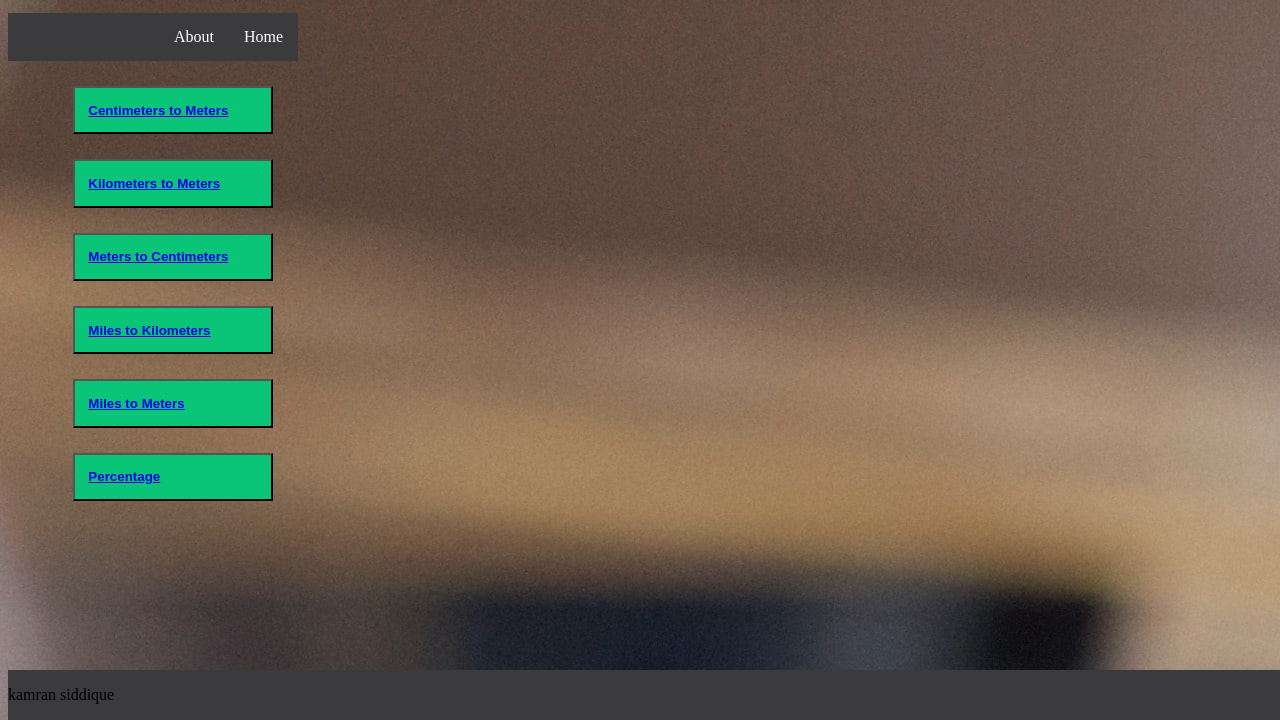
Repository: Kamrangujjar85112/Length-Converter
Page: html/home.html
An editor plug-in stored every save of this project. The page is shown before and after the next save, followed by the edit.
The browser window is 1280 px wide. The pictures show the whole page.

Above is the page before, as saved 2022-01-21 03:41:52.

### html/home.html
<!-- home -->
<!DOCTYPE html>
<html lang="en">
<head>
    <meta charset="UTF-8">
    <meta http-equiv="X-UA-Compatible" content="IE=edge">
    <meta name="viewport" content="width=device-width, initial-scale=1.0">
    <title>Home</title>
    <link rel="stylesheet" href="../css/style.css">

</head>
<body>
   <div class="header">
        <nav>
            <ul class="nav-ul">
                <li class="nav-li"><a href="#home">Home</a></li>
                <li class="nav-li"><a href="#about">About</a></li>
            </ul>
        </nav>
   </div>
   <div class="container ">
        <ul>
            <li class="link">
                <button><a href="cm_km.html">Centimeters to Meters</a></button>
            </li>
            <li class="link">
                <button><a href="km_m.html">Kilometers to Meters</a></button>
            </li>
            <li class="link">
                <button><a href="m_cm.html">Meters to Centimeters</a></button>
            </li>
            <li class="link">
                <button><a href="mi_km.html">Miles to Kilometers</a></button>
            </li>
            <li class="link">
                <button><a href="mi_m.html">Miles to Meters</a></button>
            </li>
            <li class="link">
                <button><a href="percentage.html">Percentage</a></button>
            </li>
        </ul>
        <div class="footer">
            <p>kamran siddique</p>
       </div>
       </div>




</body>
</html>

### css/style.css
  body{
    padding-top: 5px;
    padding-bottom: 40px;
    background-image: url('background.jpg');
    position: fixed;
}
.header{
    top: 0;
    width: 100%;
    margin: 0;
    position: relative;

}
.nav-ul{
    list-style-type: none;
    margin: 0;
    padding: 30;
    overflow: hidden;
    background: rgb(59, 59, 61);
  }

  .nav-li {
    float: right;
    align-items: inherit;
  }

  .nav-li a {
    display: block;
    color: rgb(255, 255, 255);
    text-align:justify;
    padding: 15px 15px;
    text-decoration: none;
  }
  .link {
    list-style: none;
  }
  button {

    margin: 25px;
	padding: 1.1em 1em;
	font-weight:bold;
    width:200px;
    display: block;
    text-align:justify;
    background-color: #0ac577;
}




  /* Change the link color to #111 (black) on hover */
  .nav-li a:hover {
    background-color: #0ac577;
  }
.footer{
    bottom: 0;
    width: 100%;
    margin: 0;
    position: fixed;
    background: rgb(59, 59, 61);
}
/* Some more styles to beutify this example */

After the next save:
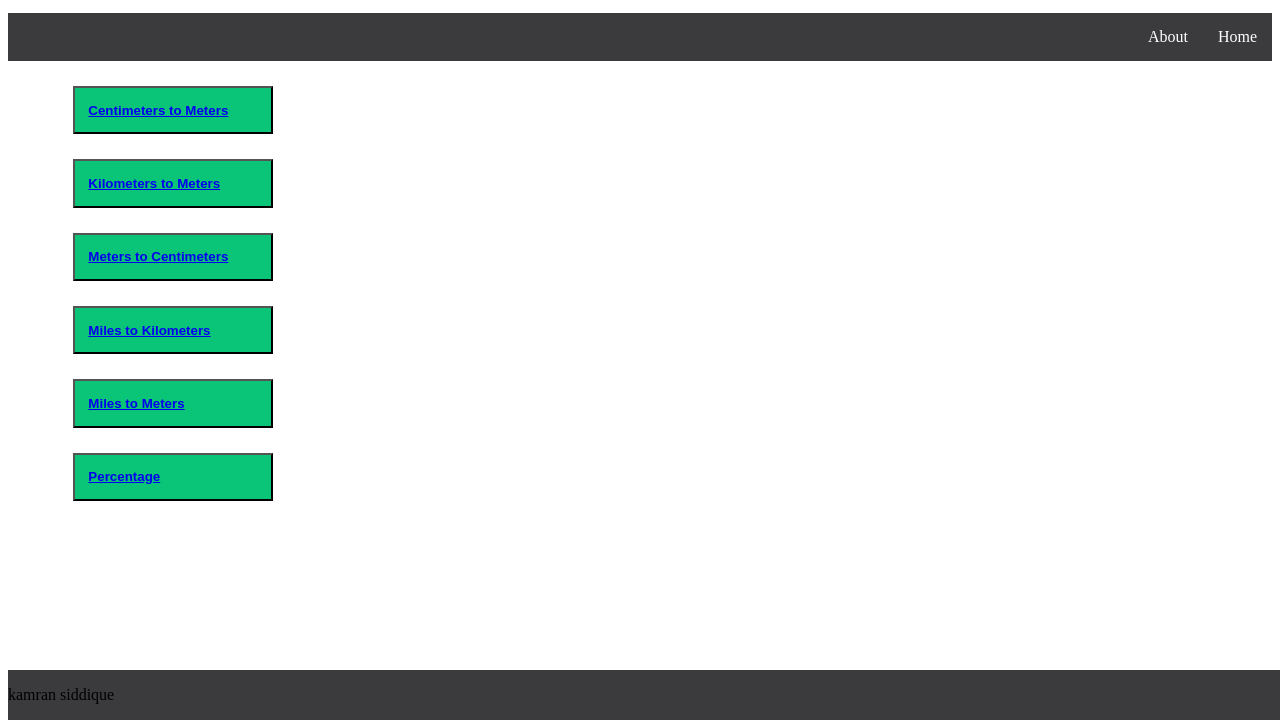
Saved 56 s later.
--- a/css/style.css
+++ b/css/style.css
@@ -2,7 +2,7 @@
     padding-top: 5px;
     padding-bottom: 40px;
     background-image: url('background.jpg');
-    position: fixed;
+    background-image: unset;
 }
 .header{
     top: 0;
